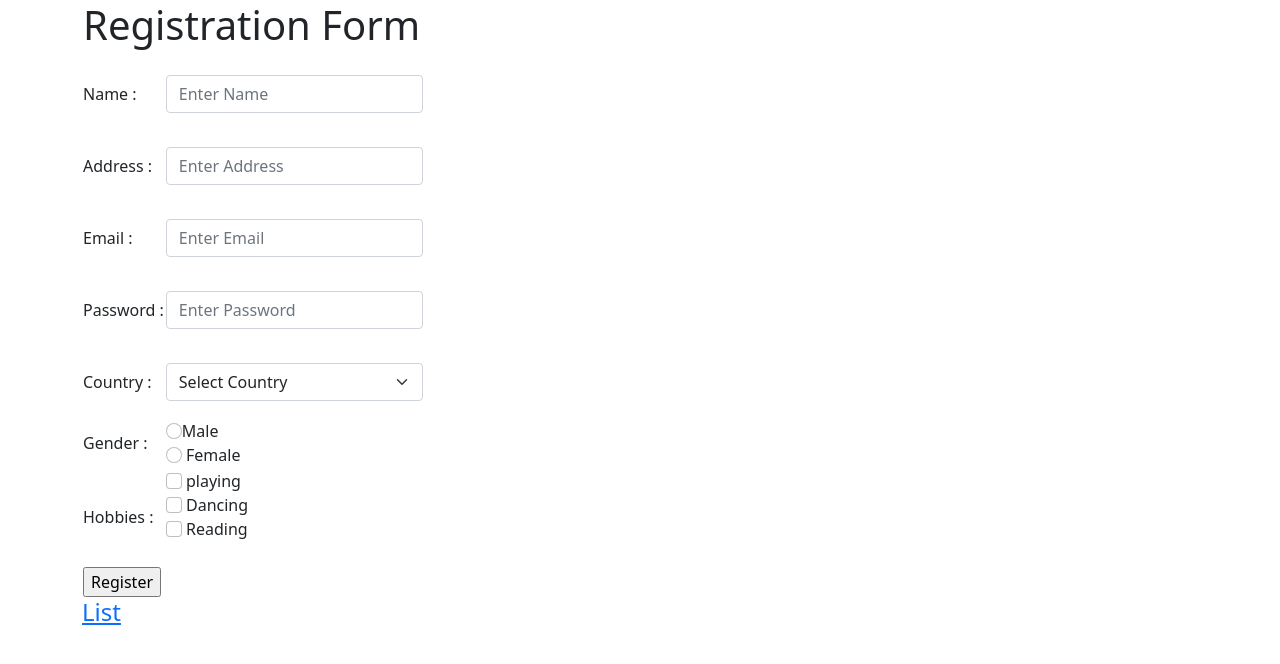
Repository: testuser85495/Java-Practical
Page: http://localhost/First_demo/
These files come from the project's save history. The page is drawn as it stood at one moment and after the next save; the edit follows.
The browser window is 1280 px wide. The pictures show the whole page.
The page is served by Tomcat 9. Other server files are loaded and not shown.

Above is the page before, as saved 2024-07-23 13:33:49.

### First_demo/src/main/webapp/index.jsp
<%@ page language="java" contentType="text/html; charset=UTF-8"
	pageEncoding="UTF-8"%>
<!DOCTYPE html>
<html>
<head>
    <!-- Required meta tags -->
    <meta charset="utf-8">
    <meta name="viewport" content="width=device-width, initial-scale=1">

    <!-- Bootstrap CSS -->
    <link href="https://cdn.jsdelivr.net/npm/bootstrap@5.0.2/dist/css/bootstrap.min.css" rel="stylesheet" integrity="sha384-EVSTQN3/azprG1Anm3QDgpJLIm9Nao0Yz1ztcQTwFspd3yD65VohhpuuCOmLASjC" crossorigin="anonymous">

    <title>Edit</title>
  </head>


<body>
	<div class="container">
		<%-- <h3 class="scriptlet">
			<%
			String msg = (String) request.getAttribute("msg");
			if (msg != null) {
				out.print(msg);
			}
			%>
		</h3> --%>

		<form action="UserController" method="post">
			<table cellspacing="15" class="tbl_reg">
				<tr>
					<td colspan="2">
						<h1>Registration Form</h1>
					</td>
				</tr>
				<tr>
					<td><label>Name : </label></td>
					<td><input type="text" name="name" placeholder="Enter Name" class="form-control my-3"
						required="required"></td>
				</tr>

				<tr>
					<td><label>Address : </label></td>
					<td><input type="text" name="address"
						placeholder="Enter Address" required="required" class="form-control my-3"></td>
				</tr>


				<tr>
					<td><label>Email : </label></td>
					<td><input type="email" name="email" placeholder="Enter Email"
						required="required" class="form-control my-3"></td>
				</tr>
				<tr>
					<td><label>Password : </label></td>
					<td><input type="password" name="password"
						placeholder="Enter Password" required="required" class="form-control my-3"></td>
				</tr>

				<tr>
					<td><label>Country : </label></td>
					<td><select name="country" id="Country" class="form-select my-3">
					        <option selected>Select Country</option>
							<option value="India">India</option>
							<option value="USA">USA</option>
							<option value="Canada">Canada</option>
							<option value="UK">UK</option>
					</select></td>
				</tr>

				<tr>
					<td><label>Gender : </label></td>
					<td ><input type="radio" name="gender" value="male" class="form-check-input">Male<br>

						<input type="radio" name="gender" value="female" class="form-check-input">
						Female<br></td>
				</tr>


				<tr>
					<td><label>Hobbies : </label></td>


					<td><input type="checkbox" name="hobbie" value="playing" class="form-check-input">
					<label for="Hobbies"> playing</label>
					<br>
					<input type="checkbox" name="hobbie" value="Dancing" class="form-check-input">
					<label for="Hobbies"> Dancing</label>
					<br>
					<input type="checkbox" name="hobbie" value="Reading" class="form-check-input">
					<label for="Hobbies"> Reading</label>
					<br>
					<br></td>


				</tr>

				<tr>
					<td colspan="2"><input type="Submit" name="action"
						value="Register" class="reg_submit" id="reg_submit" /></td>
				</tr>
			</table>
			<h4><a href="home.jsp">List</a></h4>
		</form>
	</div>
</body>
</html>

After the next save:
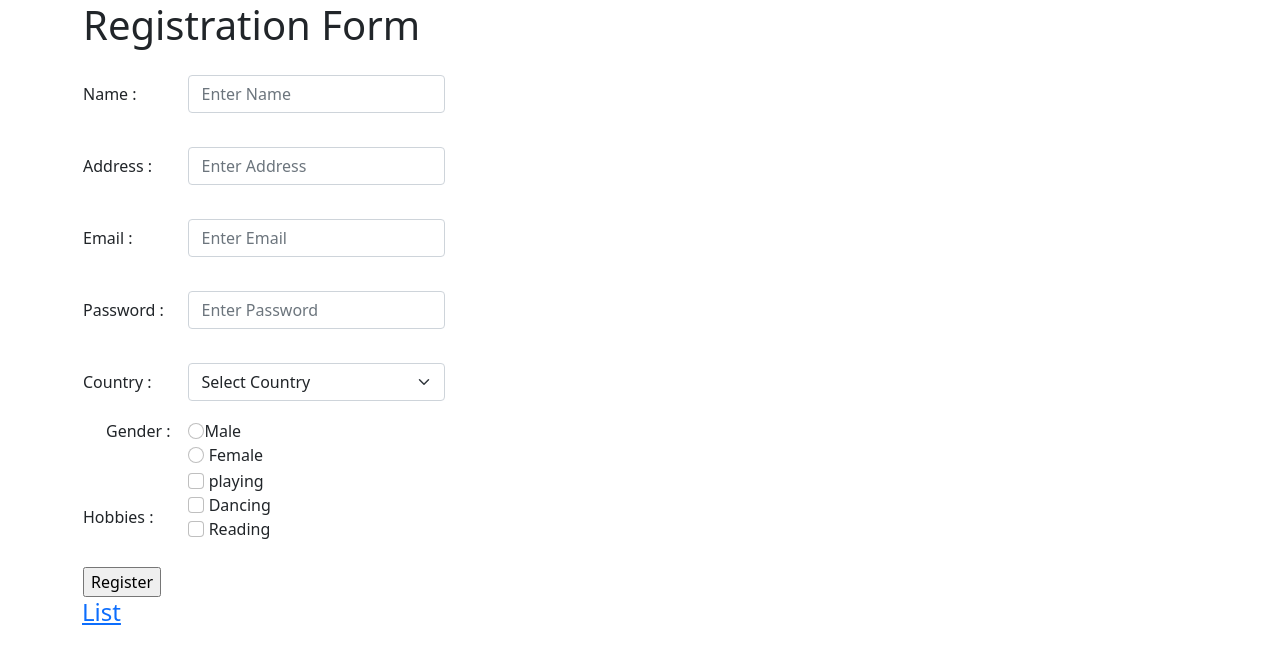
Saved 9 s later.
--- a/First_demo/src/main/webapp/index.jsp
+++ b/First_demo/src/main/webapp/index.jsp
@@ -68,7 +68,7 @@
 				</tr>
 
 				<tr>
-					<td><label>Gender : </label></td>
+					<td class="form-check form-check-inline"><label>Gender : </label></td>
 					<td ><input type="radio" name="gender" value="male" class="form-check-input">Male<br>
 
 						<input type="radio" name="gender" value="female" class="form-check-input">

After the save that followed:
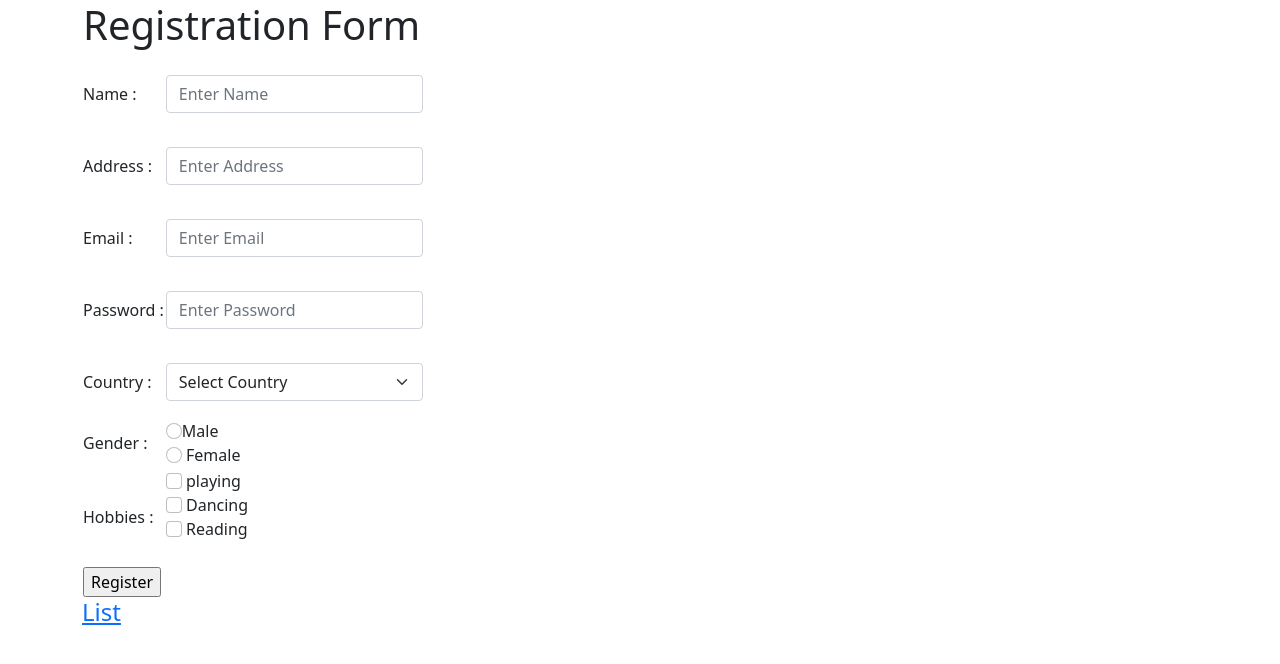
Saved 4 s later.
--- a/First_demo/src/main/webapp/index.jsp
+++ b/First_demo/src/main/webapp/index.jsp
@@ -68,7 +68,7 @@
 				</tr>
 
 				<tr>
-					<td class="form-check form-check-inline"><label>Gender : </label></td>
+					<td ><label>Gender : </label></td>
 					<td ><input type="radio" name="gender" value="male" class="form-check-input">Male<br>
 
 						<input type="radio" name="gender" value="female" class="form-check-input">
